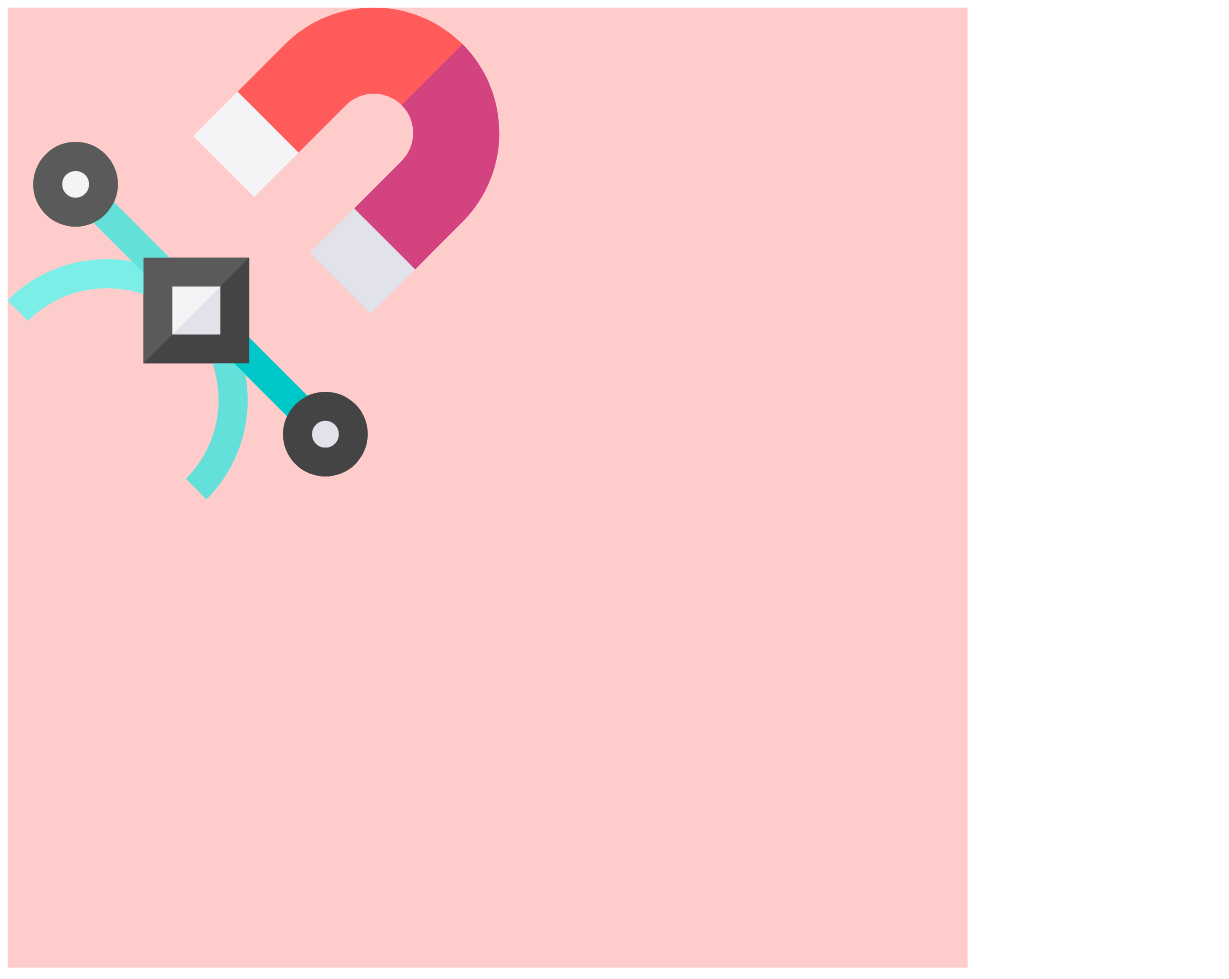
Repository: pixendrit/beetroot-fe-g1
Page: classwork/13 - Scalable Vector Graphics/13-class/index.html
The author's editor kept a copy of each file at every save. The page is drawn from the files as they stood at one save, then again after the next save.
The browser window is 1280 px wide. The pictures show the whole page, at 96% of full size.

Above is the page before, as saved 2021-02-10 19:56:39.

After the next save:
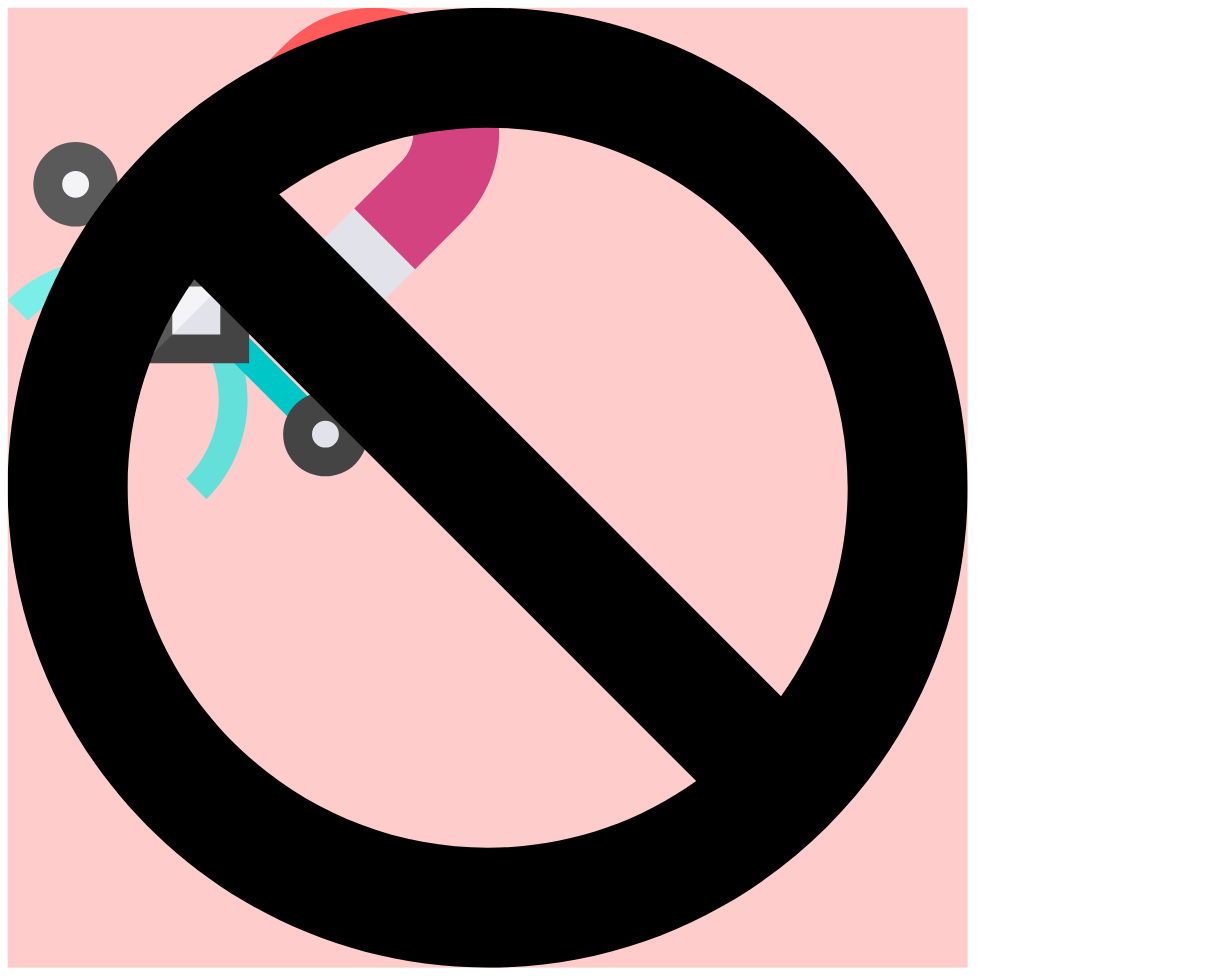
Saved 11 s later.
--- a/classwork/13 - Scalable Vector Graphics/13-class/index.html
+++ b/classwork/13 - Scalable Vector Graphics/13-class/index.html
@@ -12,7 +12,7 @@
 <body>
   <svg width="1000" height="1000">
     <use xlink:href="images/snap.svg#snap-graphic"> </use>
-    <use xlink:href="images/snap.svg#snap-graphic"> </use>
+    <use xlink:href="images/nostop.svg#nostop"> </use>
   </svg>
 
 </body>
